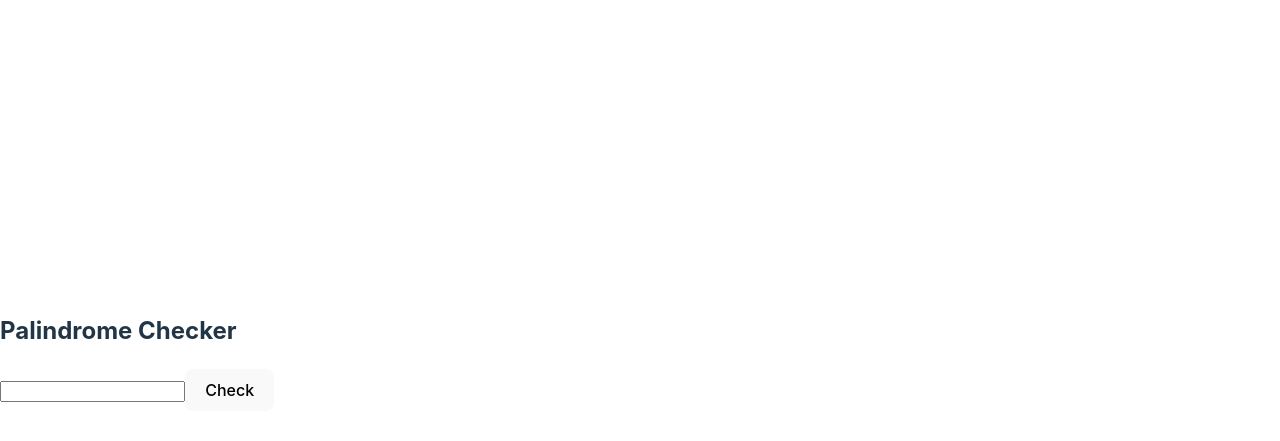
Repository: devblackie/palindrome
Page: /
The author's editor kept a copy of each file at every save. The page is drawn from the files as they stood at one save, then again after a run of saves.
The browser window is 1280 px wide. The pictures show the whole page.
The project was rebuilt for these pictures with package versions that can differ from the ones it lists, and the page was loaded fresh each time. Also part of the build but not shown: vite.config.js.

Above is the page before, as saved 2023-08-22 15:27:30.

After the next 2 saves:
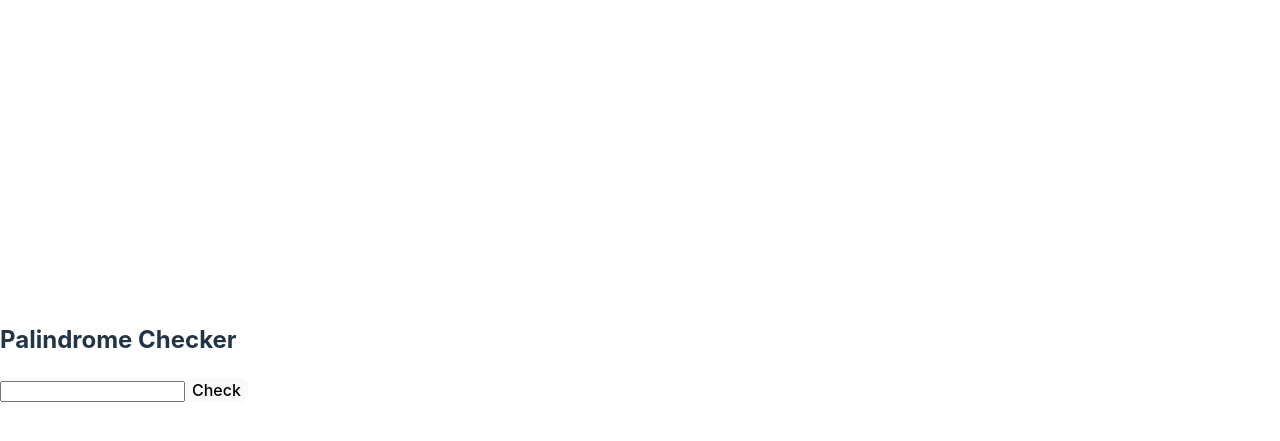
The 2 saves are shown as one change because they came seconds apart.
The last was saved 24 s later.
--- a/src/index.css
+++ b/src/index.css
@@ -39,7 +39,7 @@ h1 {
 button {
   border-radius: 8px;
   border: 1px solid transparent;
-  padding: 0.6em 1.2em;
+  padding: 0.6em em;
   font-size: 1em;
   font-weight: 500;
   font-family: inherit;
